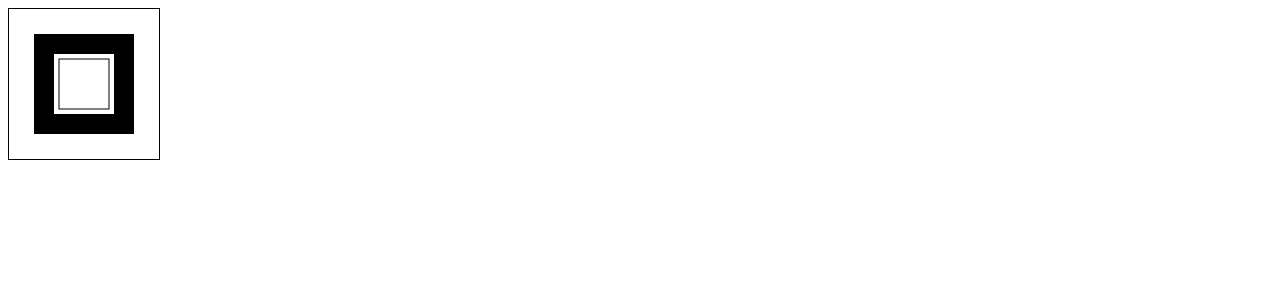
Repository: SeungYn/Javascript-study-toy
Page: canvas-tutorial/index.html
The author's editor kept a copy of each file at every save. The page is drawn from the files as they stood at one save, then again after the next save.
The browser window is 1280 px wide. The pictures show the whole page.

Above is the page before, as saved 2023-03-14 11:19:35.

After the next save:
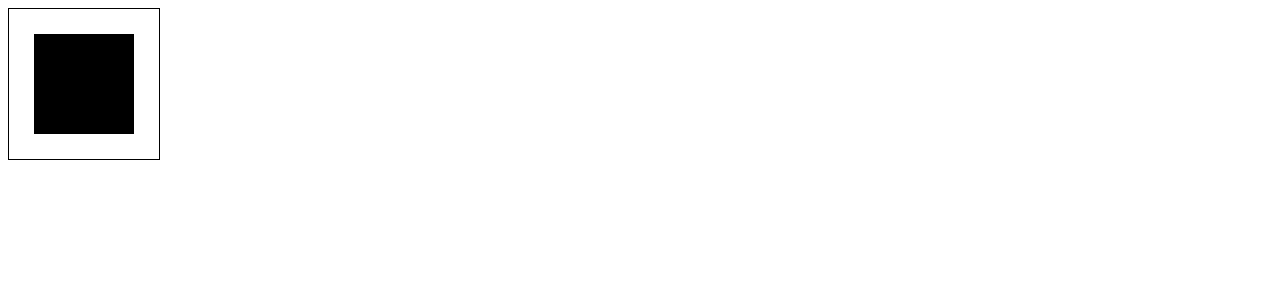
Saved 18 s later.
--- a/canvas-tutorial/index.html
+++ b/canvas-tutorial/index.html
@@ -20,7 +20,5 @@
     const ctx = canvas.getContext('2d');
 
     ctx.fillRect(25, 25, 100, 100);
-    ctx.clearRect(45, 45, 60, 60);
-    ctx.strokeRect(50, 50, 50, 50);
   </script>
 </html>
